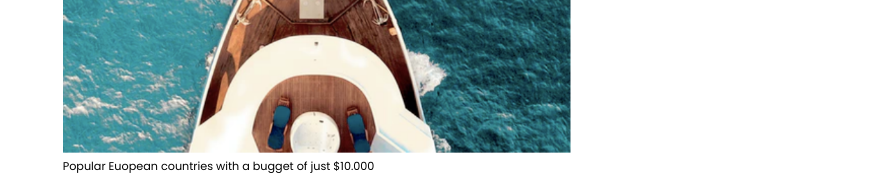
Repository: pinocoding/AirBnB
Page: house.html
An editor plug-in stored every save of this project. The page is shown before and after a run of saves, followed by the edit.
The browser window is 1280 px wide. The pictures show the part of the page from y = 2723 to 4643 px (the page is 2973 px tall before and 5244 px after), at 70% of full size.

Above is the page before, as saved 2022-01-23 16:05:49.

After the next 3 saves:
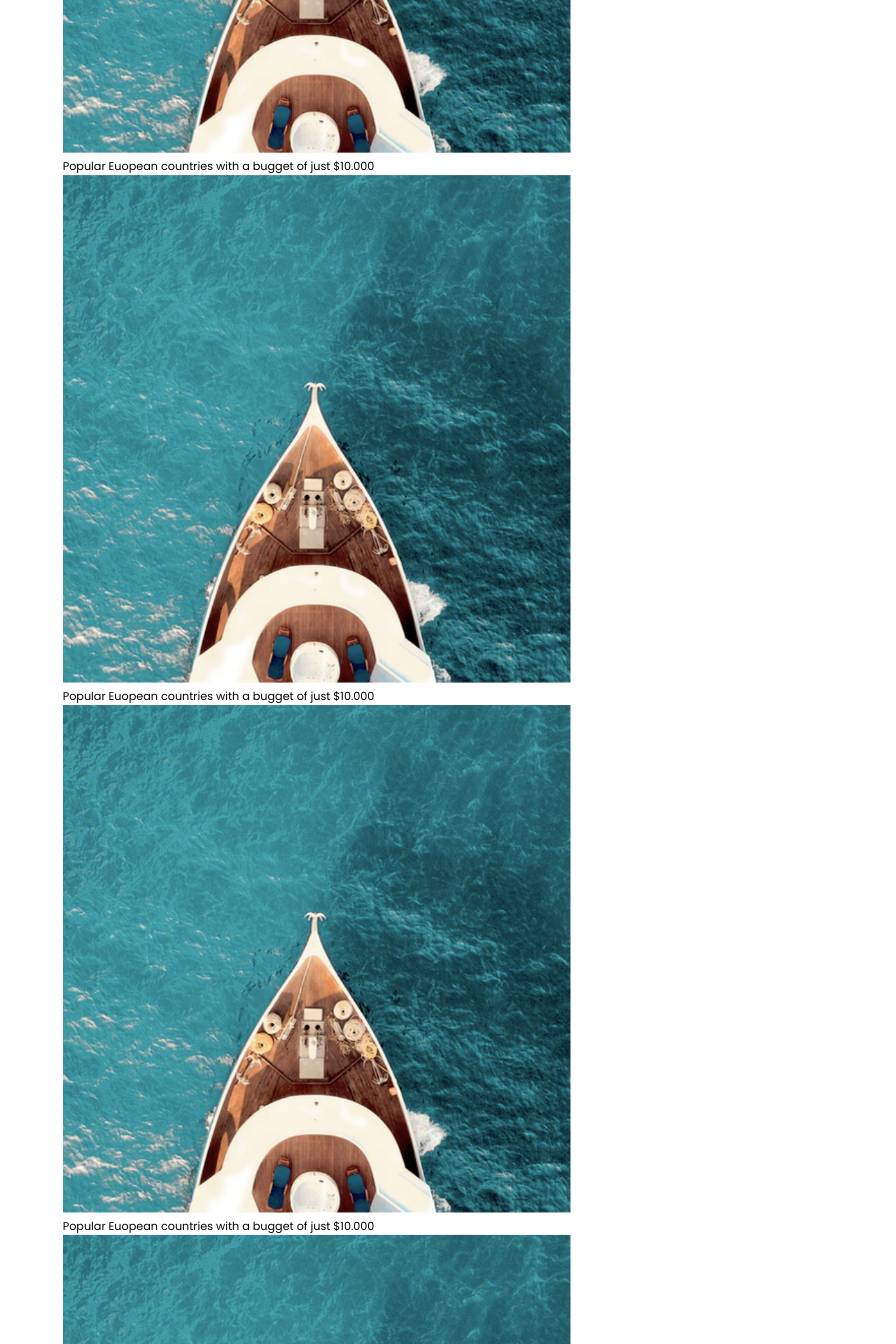
The 3 saves are shown as one change because they came seconds apart.
The last was saved 95 s later.
--- a/house.html
+++ b/house.html
@@ -159,6 +159,18 @@
     <img src="/images/story-1.png" alt="#" >
     <p>Popular Euopean countries with a bugget of just $10.000 </p>
   </div>
+  <div>
+    <img src="/images/story-1.png" alt="#" >
+    <p>Popular Euopean countries with a bugget of just $10.000 </p>
+  </div>
+  <div>
+    <img src="/images/story-1.png" alt="#" >
+    <p>Popular Euopean countries with a bugget of just $10.000 </p>
+  </div>
+  <div>
+    <img src="/images/story-1.png" alt="#" >
+    <p>Popular Euopean countries with a bugget of just $10.000 </p>
+  </div>
 </div>
 <!--  -->
 
